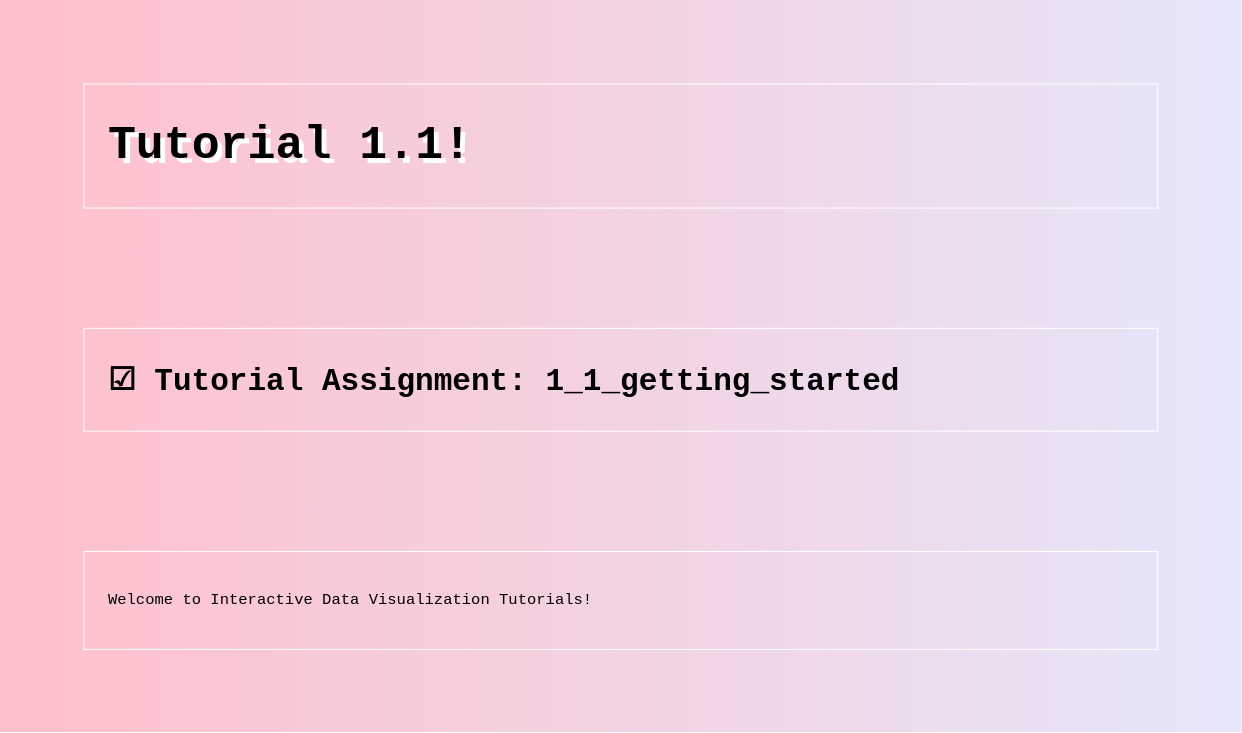
Repository: lisjak/Interactive-Data-Vis-Fall2022
Page: 1_1_getting_started/index.html
An editor plug-in stored every save of this project. The page is shown before and after the next save, followed by the edit.
The browser window is 1280 px wide. The pictures show the whole page, at 97% of full size.
Some web fonts or font styles are not loaded; a fallback is used.

Above is the page before, as saved 2022-09-04 21:55:50.

### 1_1_getting_started/index.html
<!DOCTYPE html>

<head>
    <meta charset="utf-8">

    <title>Interactive Data Visualization Tutorial</title>

    <link rel="stylesheet" href="https://fonts.googleapis.com/css?family=Source+Sans+Pro">

    <link href="https://fonts.googleapis.com/css2?family=Azeret+Mono&display=swap" rel="stylesheet">

    <link rel="stylesheet" href="./style.css">
</head>

<body>
    <div>
        <h1>Tutorial 1.1!</h1>
    </div>
    <div>
        <h3> &#9745; Tutorial Assignment: 1_1_getting_started </h3>
    </div>
    <div>
        <p>Welcome to Interactive Data Visualization Tutorials! </p>
    </div>
</body>

</html>

### 1_1_getting_started/style.css
body {
    background-image: linear-gradient(to right, pink, lavender);
    font-family: 'Azeret Mono', monospace;
    font-size: 16px;
    padding: 1em;
    display: flex;
    flex-direction: column;
}

div {
    /* min-width: 100%; */
    align-items: center;
    justify-content: center;
    border: 1px solid white;
    padding: 2%;
    margin: 5%;
}

h1 {
    font-size: 3em;
    margin: 0.25em 0;
    text-shadow: 5px 5px 0px white;
}

h3 {
    font-size: 2em;
    margin: 0.25em 0;
}

p {
    font-size: 1em;
    color: black;
}

After the next save:
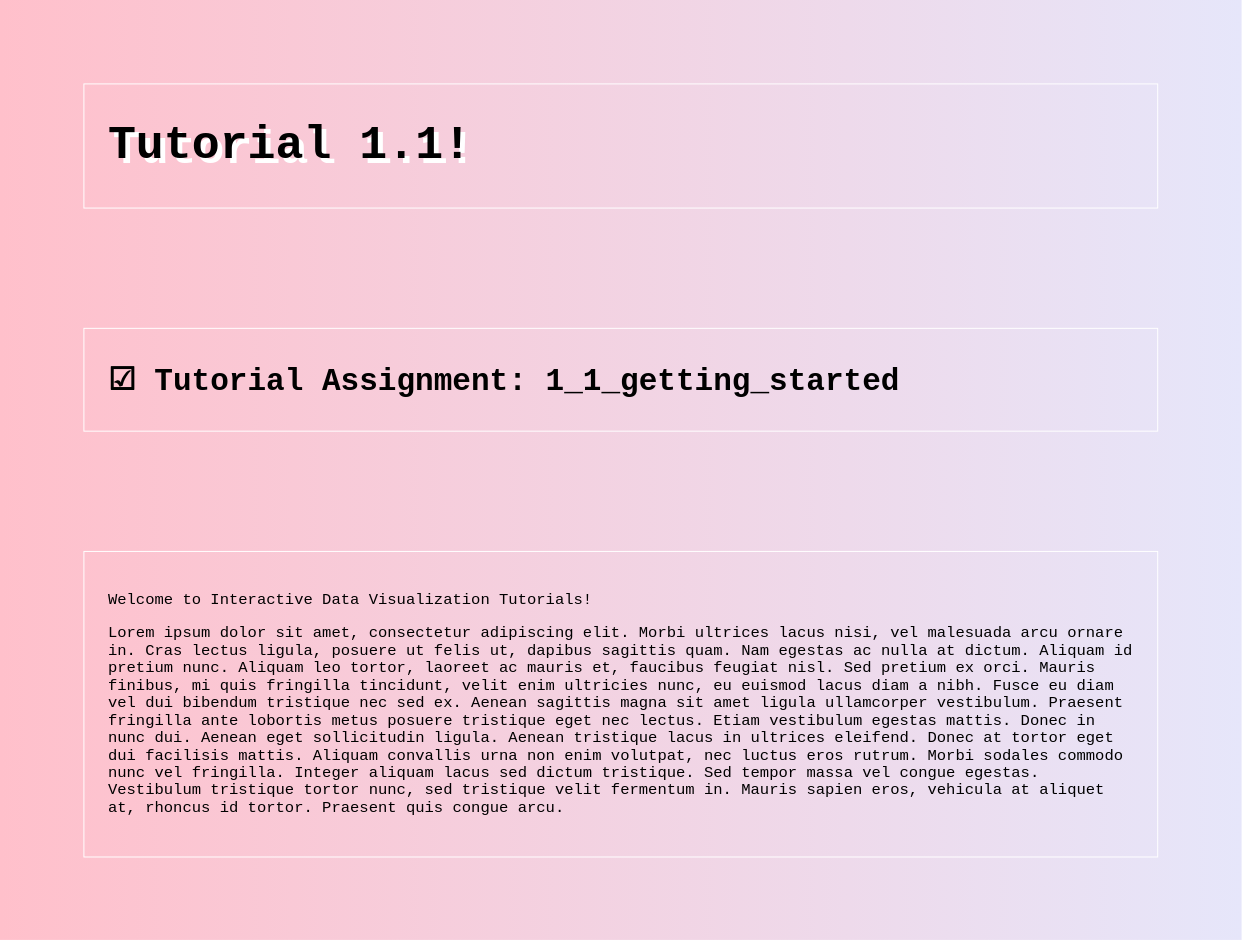
Saved 28 s later.
--- a/1_1_getting_started/index.html
+++ b/1_1_getting_started/index.html
@@ -21,6 +21,12 @@
     </div>
     <div>
         <p>Welcome to Interactive Data Visualization Tutorials! </p>
+
+        <p>Lorem ipsum dolor sit amet, consectetur adipiscing elit. Morbi ultrices lacus nisi, vel malesuada arcu ornare in. Cras lectus ligula, posuere ut felis ut, dapibus sagittis quam. Nam egestas ac nulla at dictum. Aliquam id pretium nunc. Aliquam
+            leo tortor, laoreet ac mauris et, faucibus feugiat nisl. Sed pretium ex orci. Mauris finibus, mi quis fringilla tincidunt, velit enim ultricies nunc, eu euismod lacus diam a nibh. Fusce eu diam vel dui bibendum tristique nec sed ex. Aenean
+            sagittis magna sit amet ligula ullamcorper vestibulum. Praesent fringilla ante lobortis metus posuere tristique eget nec lectus. Etiam vestibulum egestas mattis. Donec in nunc dui. Aenean eget sollicitudin ligula. Aenean tristique lacus in
+            ultrices eleifend. Donec at tortor eget dui facilisis mattis. Aliquam convallis urna non enim volutpat, nec luctus eros rutrum. Morbi sodales commodo nunc vel fringilla. Integer aliquam lacus sed dictum tristique. Sed tempor massa vel congue
+            egestas. Vestibulum tristique tortor nunc, sed tristique velit fermentum in. Mauris sapien eros, vehicula at aliquet at, rhoncus id tortor. Praesent quis congue arcu.</p>
     </div>
 </body>
 
